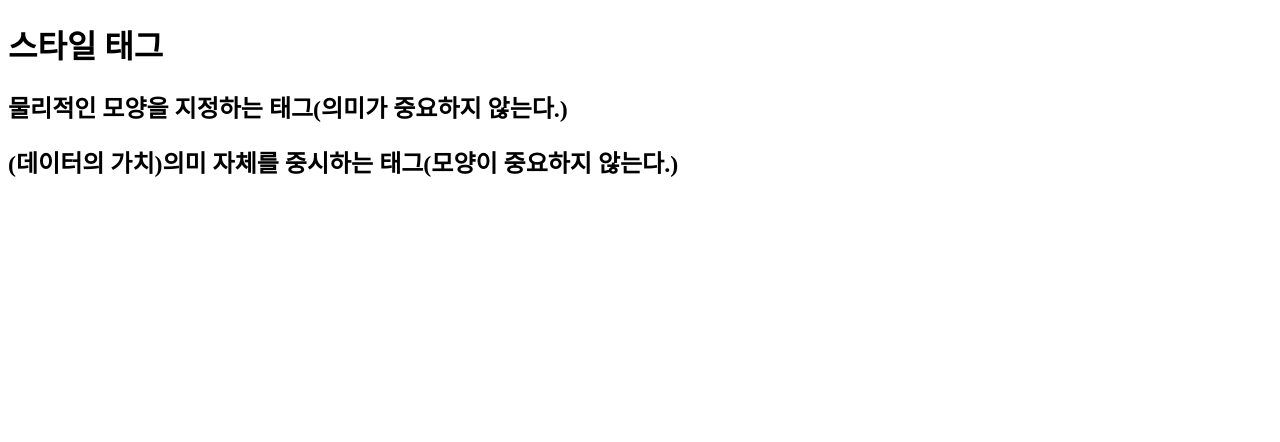
Repository: chanjin5212/Full-Stack-study
Page: client/ClientTest/src/main/webapp/html/ex09_style.html
These files come from the project's save history. The page is drawn as it stood at one moment and after the next save; the edit follows.
The browser window is 1280 px wide. The pictures show the whole page.

Above is the page before, as saved 2022-05-24 00:50:33.

After the next save:
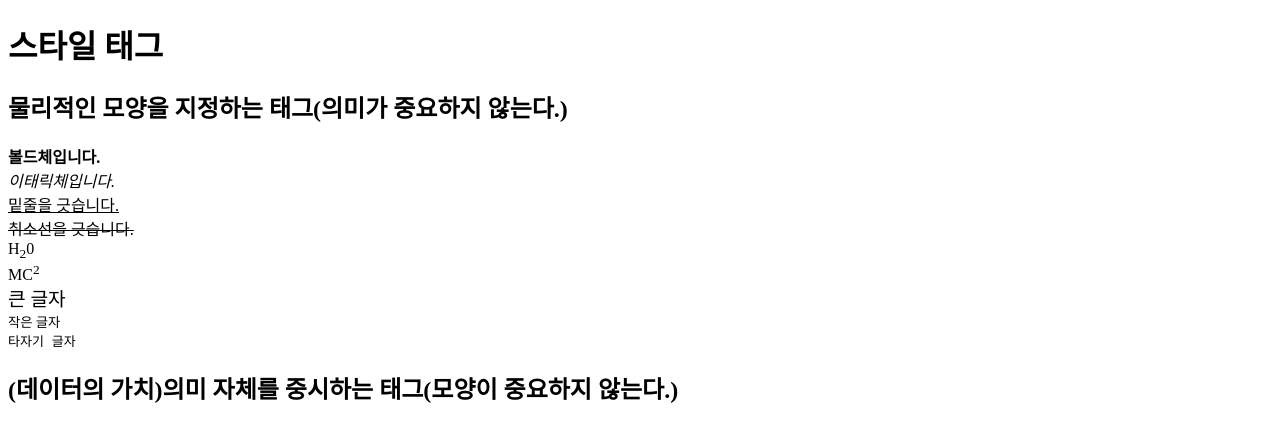
Saved 11 min 24 s later.
--- a/client/ClientTest/src/main/webapp/html/ex09_style.html
+++ b/client/ClientTest/src/main/webapp/html/ex09_style.html
@@ -20,6 +20,15 @@
 
 	 <h2>물리적인 모양을 지정하는 태그(의미가 중요하지 않는다.)</h2>
 
+	 <b>볼드체입니다.</b><br>
+	 <i>이태릭체입니다.</i><br>
+	 <u>밑줄을 긋습니다.</u><br>
+	 <strike>취소선을 긋습니다.	</strike><br>
+	 H<sub>2</sub>0<br>
+	 MC<sup>2</sup><br>
+	 <big>큰 글자</big><br>
+	 <small>작은 글자</small><br>
+	 <tt>타자기 글자</tt>
 
 	 <h2>(데이터의 가치)의미 자체를 중시하는 태그(모양이 중요하지 않는다.)</h2>
 </body>
